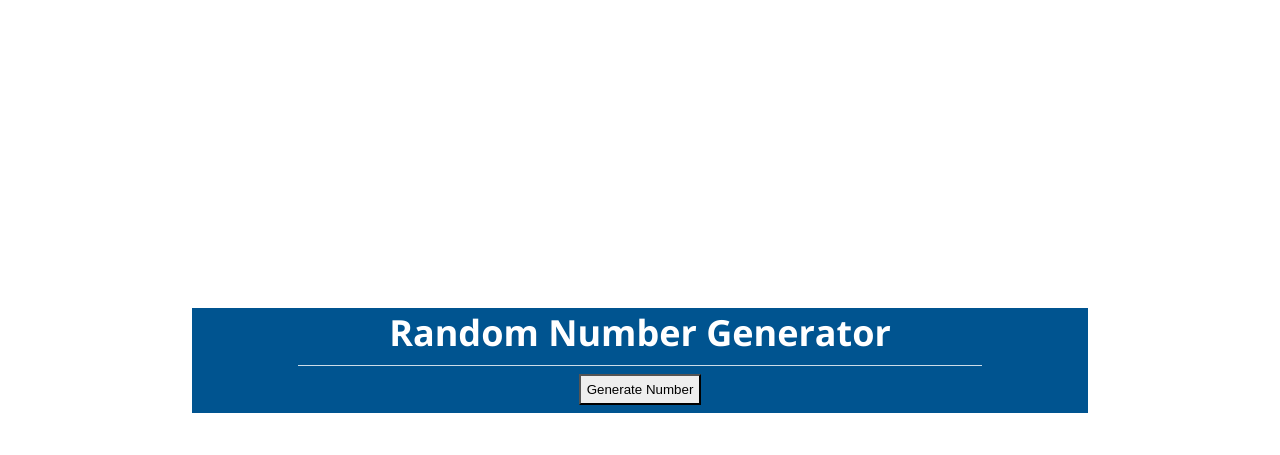
Repository: fakebrianho/100daysJS
Page: day002/index.html
An editor plug-in stored every save of this project. The page is shown before and after the next save, followed by the edit.
The browser window is 1280 px wide. The pictures show the whole page.
Some web libraries are served in a nearby version.

Above is the page before, as saved 2023-03-21 19:35:18.

After the next save:
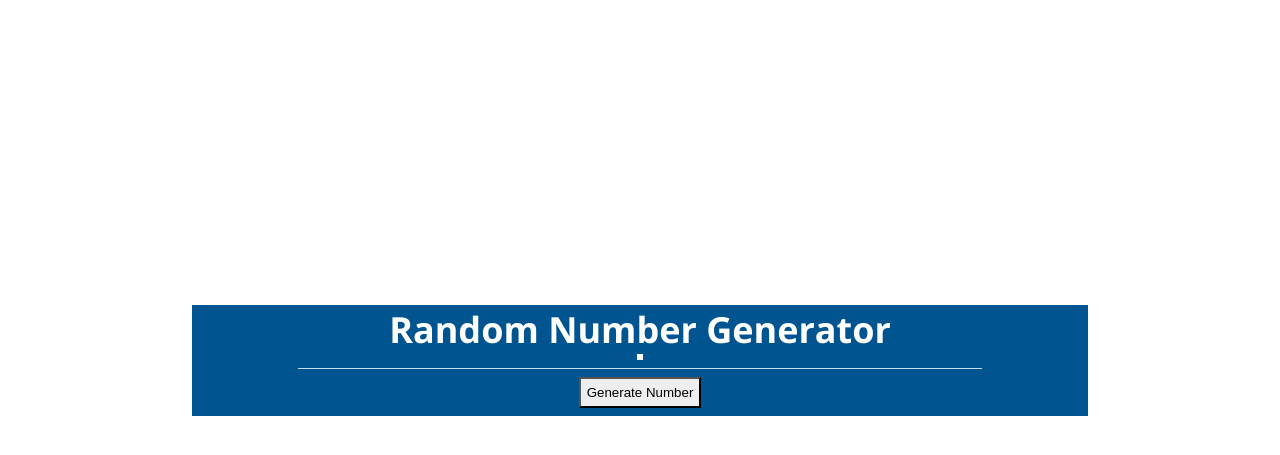
Saved 15 s later.
--- a/day002/styles.css
+++ b/day002/styles.css
@@ -66,8 +66,8 @@ main {
 	box-sizing: border-box;
 	border-color: white;
 	border-style: solid;
-	border-radius: 3px;
-	border: 2px;
+	/* border-radius: 3px;
+	border: 2px; */
 }
 
 .divider {
